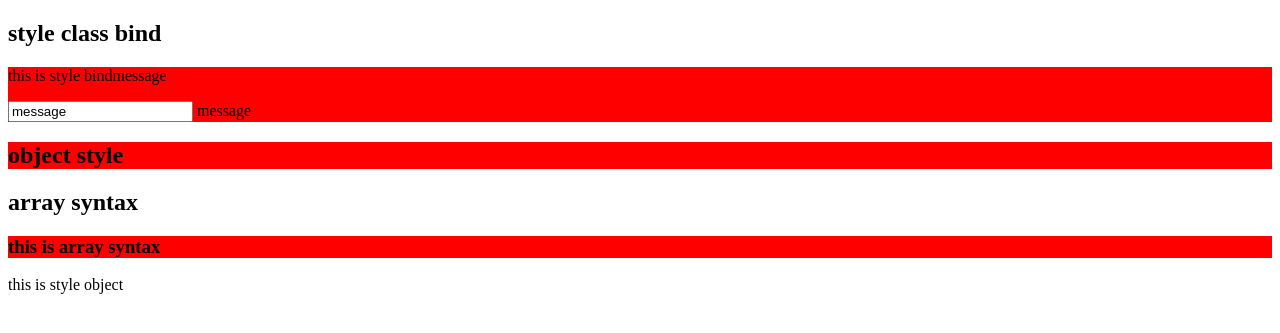
Repository: MeghaNagari/PracticeAtVMC
Page: Practice/VuePractice/WebContent/ClassStyleBind.html
An editor plug-in stored every save of this project. The page is shown before and after the next save, followed by the edit.
The browser window is 1280 px wide. The pictures show the whole page.
Some web libraries are served in a nearby version.

Above is the page before, as saved 2018-03-19 18:16:08.

After the next save:
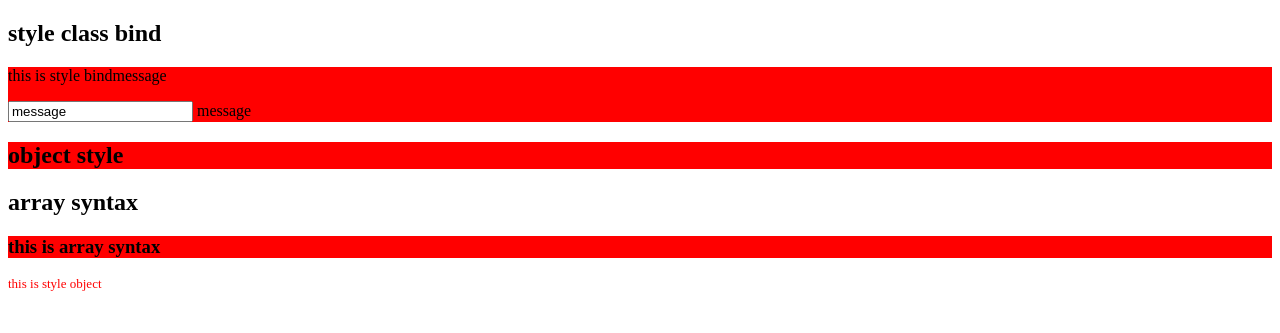
Saved 51 s later.
--- a/Practice/VuePractice/WebContent/ClassStyleBind.html
+++ b/Practice/VuePractice/WebContent/ClassStyleBind.html
@@ -109,5 +109,26 @@ new Vue({
 
 </script>
 
+<script>
+
+
+new Vue({
+
+	el:"#test4",
+	data: {
+		  styleObject: {
+		    color: 'red',
+		    fontSize: '13px'
+		  }
+		}
+
+
+})
+
+
+
+
+</script>
+
 
 </html>
